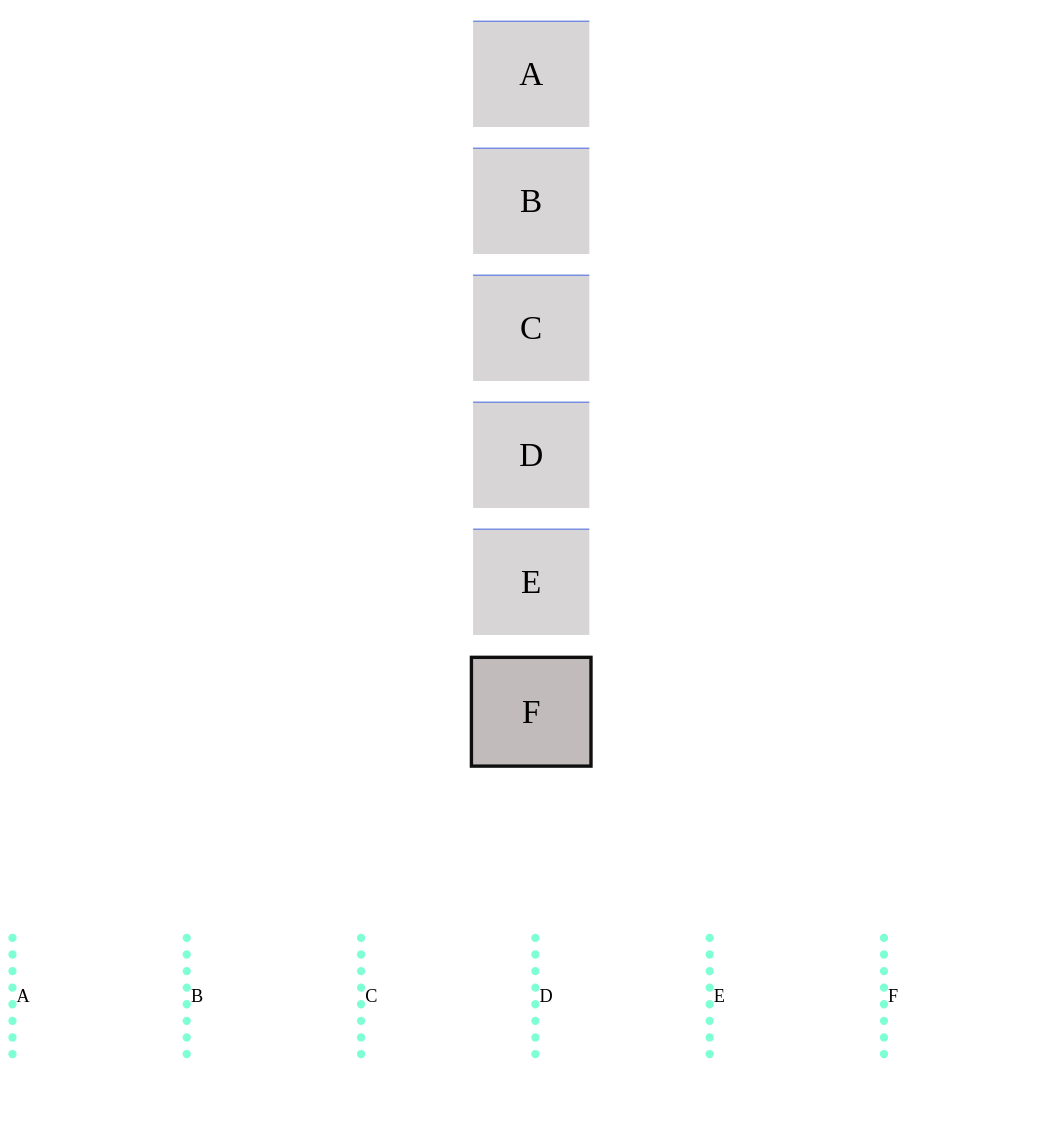
Repository: HoangDuy315/HW_TVK
Page: ex2/index.html
The author's editor kept a copy of each file at every save. The page is drawn from the files as they stood at one save, then again after the next save.
The browser window is 1280 px wide. The pictures show the whole page, at 83% of full size.

Above is the page before, as saved 2022-10-10 21:04:48.

After the next save:
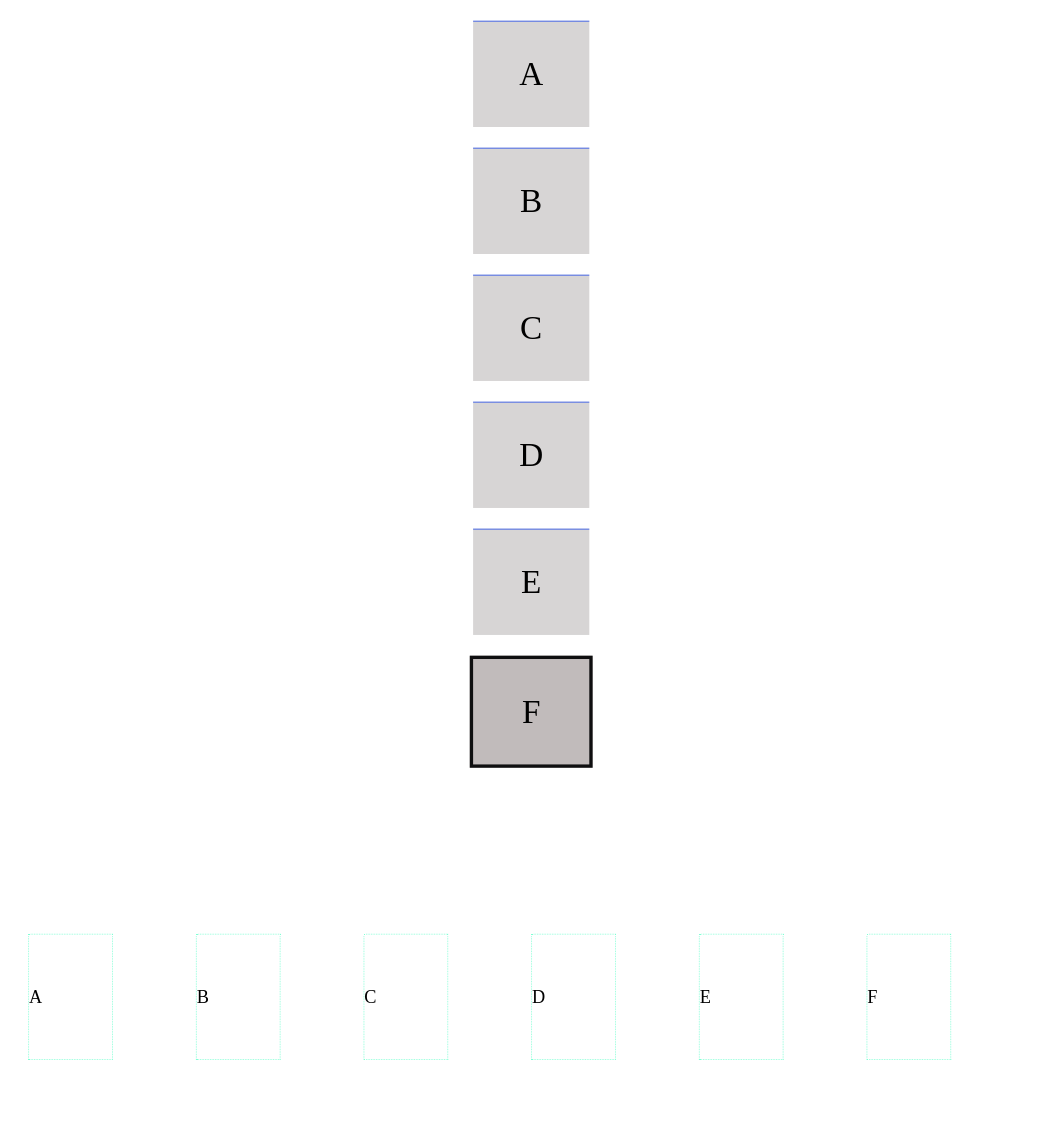
Saved 22 s later.
--- a/ex2/styleB.css
+++ b/ex2/styleB.css
@@ -17,4 +17,5 @@
   height: 150px;
   width: 100px;
   border-left: 10px dotted aquamarine;
+  border: 1px dotted aquamarine;
 }
